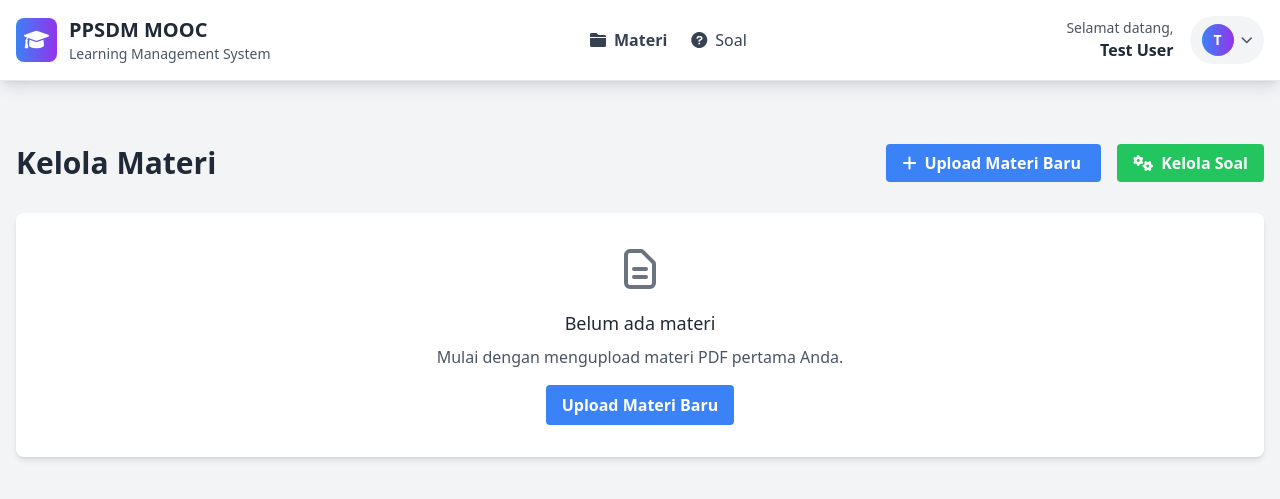
Repository: Autofat/LMS-MOOC
Page: http://localhost/materials
The author's editor kept a copy of each file at every save. The page is drawn from the files as they stood at one save, then again after the next save.
The browser window is 1280 px wide. The pictures show the whole page.
Some web libraries are served in a nearby version. The page is served by the project's Laravel application, run on PHP 8.4 with Laravel 12. A made-up administrator, Test User (test@example.com), is signed in. Other server files are loaded and not shown. Queries for data that is not in the repository find no rows.

Above is the page before, as saved 2025-08-01 09:58:59.

### routes/web.php
<?php

use Illuminate\Support\Facades\Route;
use Illuminate\Support\Facades\Http;
use App\Http\Controllers\QuestionController;
use App\Http\Controllers\MaterialController;
use App\Http\Controllers\AuthController;

// Redirect root to login
Route::get('/', function () {
    return redirect()->route('login');
});

// Authentication Routes
Route::middleware('guest')->group(function () {
    Route::get('/login', [AuthController::class, 'showLoginForm'])->name('login');
    Route::post('/login', [AuthController::class, 'login']);
    Route::get('/register', [AuthController::class, 'showRegisterForm'])->name('register');
    Route::post('/register', [AuthController::class, 'register']);
});

Route::post('/logout', [AuthController::class, 'logout'])->name('logout')->middleware('auth');

// Protected Routes - Require Authentication
Route::middleware('auth')->group(function () {
    // Material Routes
    Route::get('/materials', [MaterialController::class, 'index'])->name('materials.index');
    Route::get('/materials/create', [MaterialController::class, 'create'])->name('materials.create');
    Route::post('/materials', [MaterialController::class, 'store'])->name('materials.store');
    Route::get('/materials/{id}', [MaterialController::class, 'show'])->name('materials.show');
    Route::get('/materials/{id}/edit', [MaterialController::class, 'edit'])->name('materials.edit');
    Route::put('/materials/{id}', [MaterialController::class, 'update'])->name('materials.update');
    Route::delete('/materials/{id}', [MaterialController::class, 'destroy'])->name('materials.destroy');
    Route::get('/materials/{id}/download', [MaterialController::class, 'download'])->name('materials.download');
    Route::get('/materials/{id}/questions', [MaterialController::class, 'questions'])->name('materials.questions');

    // Generate Questions with n8n
    Route::post('/materials/{id}/generate-questions', [MaterialController::class, 'generateQuestions'])->name('materials.generate-questions');
    Route::post('/materials/{id}/generate-questions-async', [MaterialController::class, 'generateQuestionsAsync'])->name('materials.generate-questions-async');
    Route::get('/materials/{id}/test-n8n', [MaterialController::class, 'testN8nConnection'])->name('materials.test-n8n');

    // Form Manual Input
    Route::get('/questions/create', [QuestionController::class, 'create'])->name('questions.create');
    Route::post('/questions', [QuestionController::class, 'store'])->name('questions.store');

    // Manage and Edit Questions
    Route::get('/questions/manage', [QuestionController::class, 'manage'])->name('questions.manage');
    Route::get('/questions/{id}/edit', [QuestionController::class, 'edit'])->name('questions.edit');
    Route::put('/questions/{id}', [QuestionController::class, 'update'])->name('questions.update');
    Route::delete('/questions/{id}', [QuestionController::class, 'destroy'])->name('questions.destroy');
});

// Debug route for testing n8n connection (protected)
Route::middleware('auth')->get('/test-n8n-connection', function () {
    try {
        $testData = [
            'action' => 'test_connection',
            'timestamp' => now()->toISOString(),
            'message' => 'Laravel connection test'
        ];

        $n8nUrl = env('N8N_GENERATE_QUESTIONS_URL', 'http://localhost:5678/webhook/generate-questions');

        $response = Http::timeout(120)
            ->retry(2, 100)
            ->withOptions([
                'verify' => false,
                'allow_redirects' => true,
                'http_errors' => false
            ])
            ->post($n8nUrl, $testData);

        return response()->json([
            'success' => true,
            'message' => 'n8n connection test completed',
            'url' => $n8nUrl,
            'request_data' => $testData,
            'response' => [
                'status' => $response->status(),
                'headers' => $response->headers(),
                'body' => $response->body(),
                'successful' => $response->successful()
            ]
        ]);

    } catch (\Exception $e) {
        return response()->json([
            'success' => false,
            'error' => $e->getMessage(),
            'error_class' => get_class($e)
        ], 500);
    }
})->name('test.n8n.connection');

### app/Models/Material.php
<?php

namespace App\Models;

use Illuminate\Database\Eloquent\Model;

class Material extends Model
{
    protected $fillable = [
        'title',
        'description',
        'file_path',
        'file_name',
        'file_size',
        'category',
        'is_active'
    ];

    protected $casts = [
        'is_active' => 'boolean',
    ];

    /**
     * Get the questions for this material.
     */
    public function questions()
    {
        return $this->hasMany(Question::class);
    }

    /**
     * Get file size in human readable format
     */
    public function getFileSizeHumanAttribute()
    {
        $bytes = $this->file_size;
        $units = ['B', 'KB', 'MB', 'GB'];

        for ($i = 0; $bytes > 1024 && $i < count($units) - 1; $i++) {
            $bytes /= 1024;
        }

        return round($bytes, 2) . ' ' . $units[$i];
    }
}

### app/Models/Question.php
<?php

namespace App\Models;

use Illuminate\Database\Eloquent\Model;

class Question extends Model
{
    protected $fillable = [
        'material_id',
        'question',
        'options',
        'answer',
        'explanation',
        'difficulty'
    ];

    protected $casts = [
        'options' => 'array',
    ];

    /**
     * Set difficulty to lowercase
     */
    public function setDifficultyAttribute($value)
    {
        $this->attributes['difficulty'] = $value ? strtolower($value) : null;
    }

    /**
     * Get difficulty with proper case
     */
    public function getDifficultyAttribute($value)
    {
        if (!$value) return null;

        // Capitalize first letter for display
        return ucfirst($value);
    }

    /**
     * Get the material that owns this question.
     */
    public function material()
    {
        return $this->belongsTo(Material::class);
    }
}

### resources/views/materials/index.blade.php
<!DOCTYPE html>
<html lang="en">

<head>
    <meta charset="UTF-8">
    <meta name="viewport" content="width=device-width, initial-scale=1.0">
    <title>Kelola Materi - PPSDM MOOC LMS</title>
    <script src="https://cdn.tailwindcss.com"></script>
    <!-- Font Awesome -->
    <link href="https://cdnjs.cloudflare.com/ajax/libs/font-awesome/6.0.0/css/all.min.css" rel="stylesheet">
</head>

<body class="bg-gray-100 min-h-screen">
    <!-- Include Navigation Bar -->
    @include('components.navbar')

    <div class="container mx-auto px-4 py-8">
        <div class="flex justify-between items-center mb-8">
            <h1 class="text-3xl font-bold text-gray-800">Kelola Materi</h1>
            <div class="space-x-4">
                <a href="{{ route('materials.create') }}"
                    class="bg-blue-500 hover:bg-blue-700 text-white font-bold py-2 px-4 rounded transition-colors">
                    <i class="fas fa-plus mr-2"></i>Upload Materi Baru
                </a>
                <a href="{{ route('questions.manage') }}"
                    class="bg-green-500 hover:bg-green-700 text-white font-bold py-2 px-4 rounded transition-colors">
                    <i class="fas fa-cogs mr-2"></i>Kelola Soal
                </a>
            </div>
        </div>

        @if ($materials->count() > 0)
            <div class="grid grid-cols-1 md:grid-cols-2 lg:grid-cols-3 gap-6">
                @foreach ($materials as $material)
                    <div class="bg-white rounded-lg shadow-md overflow-hidden hover:shadow-lg transition-shadow">
                        <div class="p-6">
                            <div class="flex items-center justify-between mb-4">
                                <h3 class="text-xl font-semibold text-gray-800 truncate">
                                    {{ $material->title }}
                                </h3>
                                @if ($material->category)
                                    <span class="bg-blue-100 text-blue-800 text-xs px-2 py-1 rounded-full">
                                        {{ $material->category }}
                                    </span>
                                @endif
                            </div>

                            @if ($material->description)
                                <p class="text-gray-600 text-sm mb-4 line-clamp-3">
                                    {{ $material->description }}
                                </p>
                            @endif

                            <div class="flex items-center text-sm text-gray-500 mb-4">
                                <svg class="w-4 h-4 mr-1" fill="none" stroke="currentColor" viewBox="0 0 24 24">
                                    <path stroke-linecap="round" stroke-linejoin="round" stroke-width="2"
                                        d="M9 12h6m-6 4h6m2 5H7a2 2 0 01-2-2V5a2 2 0 012-2h5.586a1 1 0 01.707.293l5.414 5.414a1 1 0 01.293.707V19a2 2 0 01-2 2z">
                                    </path>
                                </svg>
                                {{ $material->file_name }}
                            </div>

                            <div class="flex items-center justify-between text-sm text-gray-500 mb-4">
                                <span>{{ $material->file_size_human }}</span>
                                <span>{{ $material->questions_count }} soal</span>
                            </div>

                            <div class="text-xs text-gray-400 mb-4">
                                Upload: {{ $material->created_at->format('d M Y H:i') }}
                            </div>

                            <div class="flex space-x-2">
                                <a href="{{ route('materials.show', $material->id) }}"
                                    class="flex-1 bg-blue-500 hover:bg-blue-600 text-white text-center py-2 px-3 rounded text-sm">
                                    Detail
                                </a>
                                <a href="{{ route('materials.download', $material->id) }}"
                                    class="flex-1 bg-green-500 hover:bg-green-600 text-white text-center py-2 px-3 rounded text-sm">
                                    Download
                                </a>
                                <a href="{{ route('materials.edit', $material->id) }}"
                                    class="bg-yellow-500 hover:bg-yellow-600 text-white py-2 px-3 rounded text-sm">
                                    Edit
                                </a>
                                <form method="POST" action="{{ route('materials.destroy', $material->id) }}"
                                    onsubmit="return confirm('Yakin ingin menghapus materi ini?')" class="inline">
                                    @csrf
                                    @method('DELETE')
                                    <button type="submit"
                                        class="bg-red-500 hover:bg-red-600 text-white py-2 px-3 rounded text-sm">
                                        Hapus
                                    </button>
                                </form>
                            </div>
                        </div>
                    </div>
                @endforeach
            </div>
    </div>

    <!-- Pagination -->
    @if ($materials->hasPages())
        <div class="mt-8">
            {{ $materials->links() }}
        </div>
    @endif
@else
    <div class="bg-white shadow-md rounded-lg p-8 text-center">
        <div class="text-gray-500 mb-4">
            <svg class="mx-auto h-12 w-12" fill="none" viewBox="0 0 24 24" stroke="currentColor">
                <path stroke-linecap="round" stroke-linejoin="round" stroke-width="2"
                    d="M9 12h6m-6 4h6m2 5H7a2 2 0 01-2-2V5a2 2 0 012-2h5.586a1 1 0 01.707.293l5.414 5.414a1 1 0 01.293.707V19a2 2 0 01-2 2z" />
            </svg>
        </div>
        <h3 class="text-lg font-medium text-gray-800 mb-2">Belum ada materi</h3>
        <p class="text-gray-600 mb-4">Mulai dengan mengupload materi PDF pertama Anda.</p>

        <a href="{{ route('materials.create') }}"
            class="inline-block bg-blue-500 hover:bg-blue-700 text-white font-bold py-2 px-4 rounded">
            Upload Materi Baru
        </a>
    </div>
    @endif
    </div>
</body>

</html>

### resources/views/components/navbar.blade.php
<!-- Navigation Bar -->
<nav class="bg-white shadow-lg border-b border-gray-200 mb-8">
    <div class="container mx-auto px-4">
        <div class="flex justify-between items-center py-4">
            <!-- Logo/Brand -->
            <div class="flex items-center space-x-3">
                <div class="bg-gradient-to-r from-blue-500 to-purple-600 text-white p-2 rounded-lg">
                    <i class="fas fa-graduation-cap text-xl"></i>
                </div>
                <div>
                    <h1 class="text-xl font-bold text-gray-800">PPSDM MOOC</h1>
                    <p class="text-sm text-gray-600">Learning Management System</p>
                </div>
            </div>

            <!-- Navigation Links -->
            <div class="hidden md:flex items-center space-x-6">
                <a href="{{ route('materials.index') }}"
                   class="flex items-center space-x-2 text-gray-700 hover:text-blue-600 transition-colors {{ request()->routeIs('materials.*') ? 'text-blue-600 font-semibold' : '' }}">
                    <i class="fas fa-folder"></i>
                    <span>Materi</span>
                </a>
                <a href="{{ route('questions.manage') }}"
                   class="flex items-center space-x-2 text-gray-700 hover:text-blue-600 transition-colors {{ request()->routeIs('questions.*') ? 'text-blue-600 font-semibold' : '' }}">
                    <i class="fas fa-question-circle"></i>
                    <span>Soal</span>
                </a>
            </div>

            <!-- User Menu -->
            <div class="flex items-center space-x-4">
                <!-- Welcome Message -->
                <div class="hidden lg:block text-right">
                    <p class="text-sm text-gray-600">Selamat datang,</p>
                    <p class="font-semibold text-gray-800">{{ Auth::user()->name }}</p>
                </div>

                <!-- User Avatar -->
                <div class="relative">
                    <button id="userMenuButton" class="flex items-center space-x-2 bg-gray-100 hover:bg-gray-200 rounded-full px-3 py-2 transition-colors">
                        <div class="w-8 h-8 bg-gradient-to-r from-blue-500 to-purple-600 rounded-full flex items-center justify-center text-white font-semibold text-sm">
                            {{ strtoupper(substr(Auth::user()->name, 0, 1)) }}
                        </div>
                        <i class="fas fa-chevron-down text-gray-600 text-xs"></i>
                    </button>

                    <!-- Dropdown Menu -->
                    <div id="userDropdown" class="hidden absolute right-0 mt-2 w-48 bg-white border border-gray-200 rounded-lg shadow-lg z-50">
                        <div class="py-2">
                            <div class="px-4 py-2 border-b border-gray-100">
                                <p class="text-sm font-semibold text-gray-800">{{ Auth::user()->name }}</p>
                                <p class="text-xs text-gray-600">{{ Auth::user()->email }}</p>
                            </div>
                            <a href="{{ route('materials.index') }}" class="block px-4 py-2 text-sm text-gray-700 hover:bg-gray-100 transition-colors">
                                <i class="fas fa-folder mr-2"></i>Dashboard
                            </a>
                            <a href="{{ route('test.n8n.connection') }}" class="block px-4 py-2 text-sm text-gray-700 hover:bg-gray-100 transition-colors">
                                <i class="fas fa-plug mr-2"></i>Test n8n
                            </a>
                            <div class="border-t border-gray-100 mt-2 pt-2">
                                <form method="POST" action="{{ route('logout') }}" class="block">
                                    @csrf
                                    <button type="submit" class="w-full text-left px-4 py-2 text-sm text-red-600 hover:bg-red-50 transition-colors">
                                        <i class="fas fa-sign-out-alt mr-2"></i>Logout
                                    </button>
                                </form>
                            </div>
                        </div>
                    </div>
                </div>
            </div>

            <!-- Mobile Menu Button -->
            <div class="md:hidden">
                <button id="mobileMenuButton" class="text-gray-700 hover:text-blue-600 transition-colors">
                    <i class="fas fa-bars text-xl"></i>
                </button>
            </div>
        </div>

        <!-- Mobile Menu -->
        <div id="mobileMenu" class="hidden md:hidden border-t border-gray-200 py-4">
            <div class="space-y-2">
                <a href="{{ route('materials.index') }}" class="block py-2 text-gray-700 hover:text-blue-600 transition-colors {{ request()->routeIs('materials.*') ? 'text-blue-600 font-semibold' : '' }}">
                    <i class="fas fa-folder mr-2"></i>Materi
                </a>
                <a href="{{ route('questions.manage') }}" class="block py-2 text-gray-700 hover:text-blue-600 transition-colors {{ request()->routeIs('questions.*') ? 'text-blue-600 font-semibold' : '' }}">
                    <i class="fas fa-question-circle mr-2"></i>Soal
                </a>
                <a href="{{ route('test.n8n.connection') }}" class="block py-2 text-gray-700 hover:text-blue-600 transition-colors">
                    <i class="fas fa-plug mr-2"></i>Test n8n
                </a>
                <div class="border-t border-gray-200 pt-2 mt-2">
                    <form method="POST" action="{{ route('logout') }}">
                        @csrf
                        <button type="submit" class="w-full text-left py-2 text-red-600 hover:text-red-800 transition-colors">
                            <i class="fas fa-sign-out-alt mr-2"></i>Logout
                        </button>
                    </form>
                </div>
            </div>
        </div>
    </div>
</nav>

<!-- Success/Error Messages -->
@if(session('success'))
    <div class="container mx-auto px-4 mb-6">
        <div class="bg-green-100 border border-green-400 text-green-700 px-4 py-3 rounded-lg shadow-sm">
            <div class="flex items-center">
                <i class="fas fa-check-circle mr-2"></i>
                {{ session('success') }}
            </div>
        </div>
    </div>
@endif

@if(session('error'))
    <div class="container mx-auto px-4 mb-6">
        <div class="bg-red-100 border border-red-400 text-red-700 px-4 py-3 rounded-lg shadow-sm">
            <div class="flex items-center">
                <i class="fas fa-exclamation-circle mr-2"></i>
                {{ session('error') }}
            </div>
        </div>
    </div>
@endif

@if(session('info'))
    <div class="container mx-auto px-4 mb-6">
        <div class="bg-blue-100 border border-blue-400 text-blue-700 px-4 py-3 rounded-lg shadow-sm">
            <div class="flex items-center">
                <i class="fas fa-info-circle mr-2"></i>
                {{ session('info') }}
            </div>
        </div>
    </div>
@endif

<script>
document.addEventListener('DOMContentLoaded', function() {
    // User menu dropdown
    const userMenuButton = document.getElementById('userMenuButton');
    const userDropdown = document.getElementById('userDropdown');

    userMenuButton.addEventListener('click', function() {
        userDropdown.classList.toggle('hidden');
    });

    // Close dropdown when clicking outside
    document.addEventListener('click', function(event) {
        if (!userMenuButton.contains(event.target) && !userDropdown.contains(event.target)) {
            userDropdown.classList.add('hidden');
        }
    });

    // Mobile menu
    const mobileMenuButton = document.getElementById('mobileMenuButton');
    const mobileMenu = document.getElementById('mobileMenu');

    mobileMenuButton.addEventListener('click', function() {
        mobileMenu.classList.toggle('hidden');
    });
});
</script>

Loaded but not shown: app/Models/User.php (common file); app/Http/Controllers/Controller.php (common file); app/Http/Controllers/MaterialController.php (772 lines, source omitted)

After the next save:
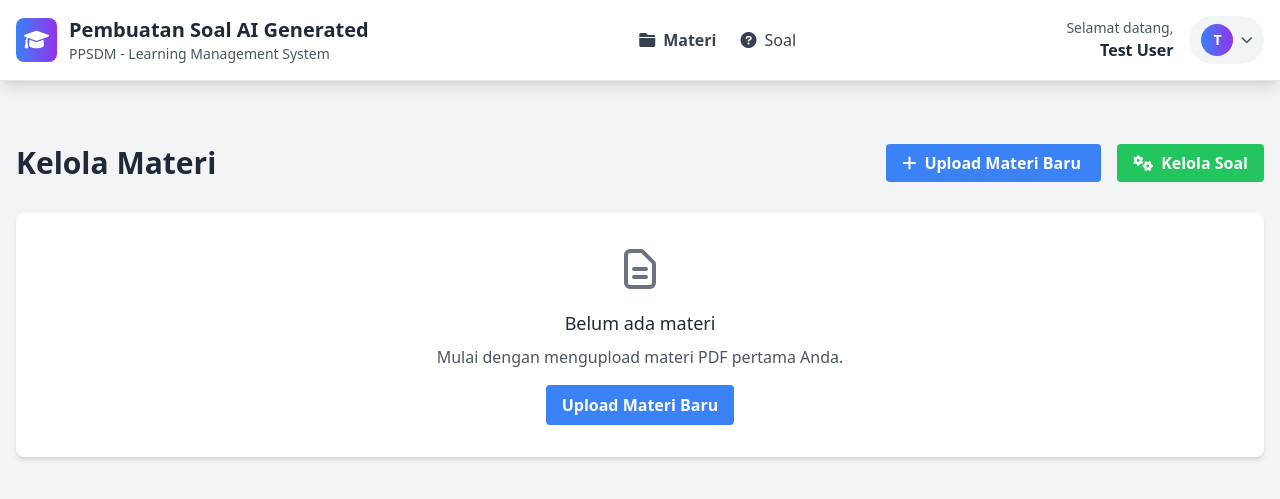
Saved 10 s later.
--- a/resources/views/components/navbar.blade.php
+++ b/resources/views/components/navbar.blade.php
@@ -8,8 +8,8 @@
                     <i class="fas fa-graduation-cap text-xl"></i>
                 </div>
                 <div>
-                    <h1 class="text-xl font-bold text-gray-800">PPSDM MOOC</h1>
-                    <p class="text-sm text-gray-600">Learning Management System</p>
+                    <h1 class="text-xl font-bold text-gray-800">Pembuatan Soal AI Generated</h1>
+                    <p class="text-sm text-gray-600">PPSDM - Learning Management System</p>
                 </div>
             </div>
 
